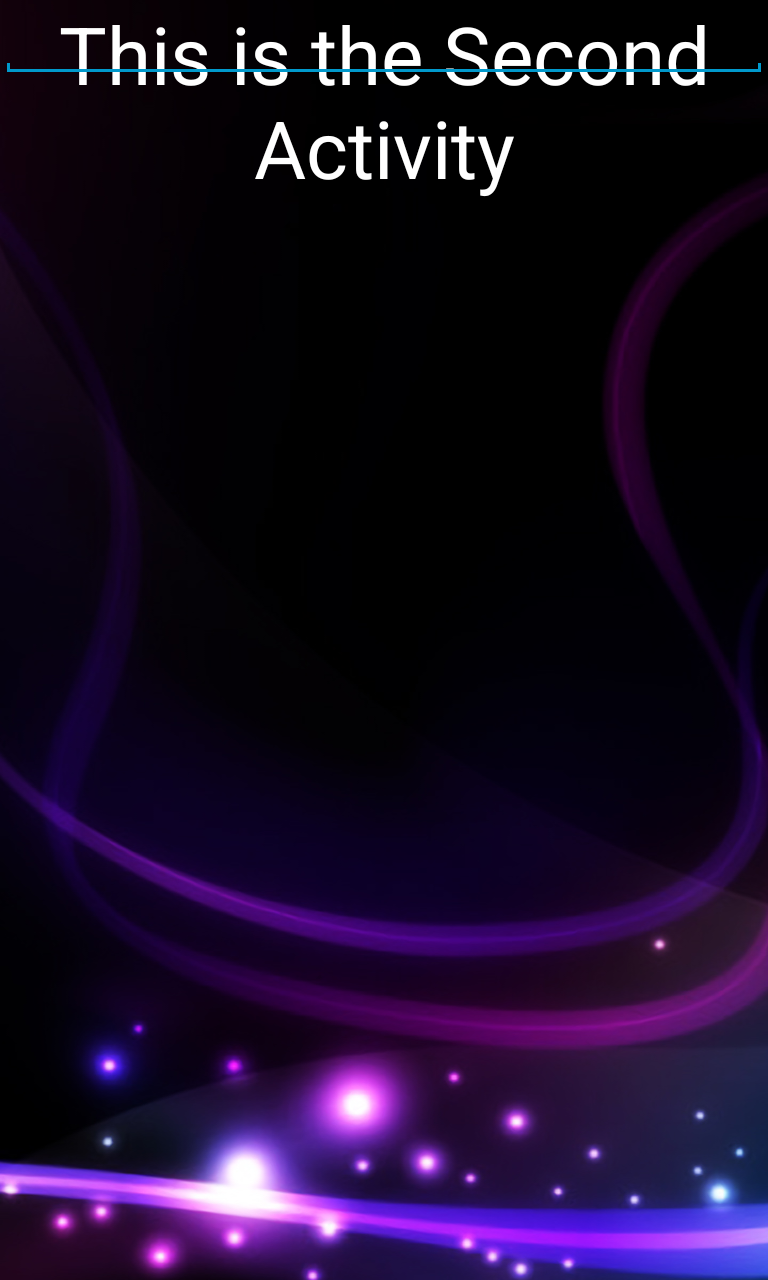
Repository: fsoDannis/workspace
Layout: findIt_3/res/layout/second.xml
These files come from the project's save history. The layout is drawn as it stood at one moment and after the next save; the edit follows.
It is drawn on a 768 x 1280 px phone screen (xhdpi) without system bars, with theme AppTheme; the app's code is not run.

Above is the layout before, as saved 2013-02-01 03:24:32.

### findIt_3/res/layout/second.xml
<?xml version="1.0" encoding="utf-8"?>
<RelativeLayout xmlns:android="http://schemas.android.com/apk/res/android"
    android:layout_width="match_parent"
    android:layout_height="match_parent"
    android:orientation="vertical"
    android:background="@drawable/background2">

    <TextView
        android:id="@+id/textView1"
        android:layout_width="fill_parent"
        android:layout_height="wrap_content"
        android:gravity="center_vertical|center_horizontal"
        android:text="This is the Second Activity"
        android:textSize="40sp"
        android:textColor="#FFFFFF"/>

    <EditText
        android:id="@+id/editText1"
        android:layout_width="match_parent"
        android:layout_height="wrap_content"
        android:ems="10" >

        <requestFocus />
    </EditText>

</RelativeLayout>

Loaded but not shown: findIt_3/res/values/styles.xml (common file); findIt_3/res/values-v11/styles.xml (common file); findIt_3/res/values-v14/styles.xml (common file)

After the next save:
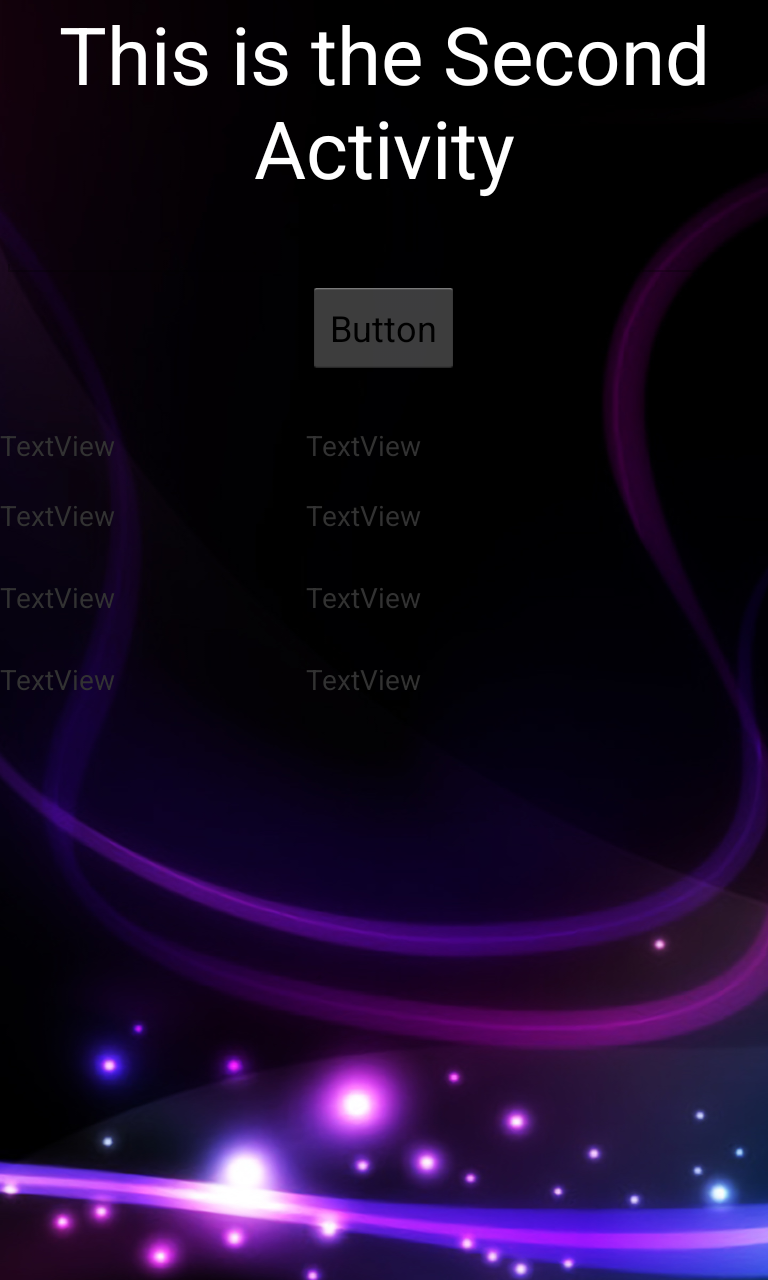
Saved 4 min 12 s later.
--- a/findIt_3/res/layout/second.xml
+++ b/findIt_3/res/layout/second.xml
@@ -2,8 +2,8 @@
 <RelativeLayout xmlns:android="http://schemas.android.com/apk/res/android"
     android:layout_width="match_parent"
     android:layout_height="match_parent"
-    android:orientation="vertical"
-    android:background="@drawable/background2">
+    android:background="@drawable/background2"
+    android:orientation="vertical" >
 
     <TextView
         android:id="@+id/textView1"
@@ -11,16 +11,100 @@
         android:layout_height="wrap_content"
         android:gravity="center_vertical|center_horizontal"
         android:text="This is the Second Activity"
-        android:textSize="40sp"
-        android:textColor="#FFFFFF"/>
+        android:textColor="#FFFFFF"
+        android:textSize="40sp" />
 
     <EditText
         android:id="@+id/editText1"
         android:layout_width="match_parent"
         android:layout_height="wrap_content"
-        android:ems="10" >
+        android:layout_alignParentLeft="true"
+        android:layout_below="@+id/textView1"
+        android:ems="10" />
 
-        <requestFocus />
-    </EditText>
+    <Button
+        android:id="@+id/button1"
+        android:layout_width="wrap_content"
+        android:layout_height="wrap_content"
+        android:layout_below="@+id/editText1"
+        android:layout_centerHorizontal="true"
+        android:text="Button" />
+
+    <TextView
+        android:id="@+id/textView2"
+        android:layout_width="wrap_content"
+        android:layout_height="wrap_content"
+        android:layout_alignParentLeft="true"
+        android:layout_below="@+id/button1"
+        android:layout_marginTop="25dp"
+        android:layout_toLeftOf="@+id/button1"
+        android:text="TextView" />
+
+    <TextView
+        android:id="@+id/textView3"
+        android:layout_width="wrap_content"
+        android:layout_height="wrap_content"
+        android:layout_alignBaseline="@+id/textView2"
+        android:layout_alignBottom="@+id/textView2"
+        android:layout_alignLeft="@+id/button1"
+        android:layout_alignParentRight="true"
+        android:text="TextView" />
+
+    <TextView
+        android:id="@+id/textView4"
+        android:layout_width="wrap_content"
+        android:layout_height="wrap_content"
+        android:layout_alignParentLeft="true"
+        android:layout_below="@+id/textView2"
+        android:layout_marginTop="16dp"
+        android:layout_toLeftOf="@+id/textView3"
+        android:text="TextView" />
+
+    <TextView
+        android:id="@+id/textView5"
+        android:layout_width="wrap_content"
+        android:layout_height="wrap_content"
+        android:layout_alignBottom="@+id/textView4"
+        android:layout_alignParentRight="true"
+        android:layout_toRightOf="@+id/textView4"
+        android:text="TextView" />
+
+    <TextView
+        android:id="@+id/textView6"
+        android:layout_width="wrap_content"
+        android:layout_height="wrap_content"
+        android:layout_alignParentLeft="true"
+        android:layout_alignRight="@+id/textView4"
+        android:layout_below="@+id/textView4"
+        android:layout_marginTop="22dp"
+        android:text="TextView" />
+
+    <TextView
+        android:id="@+id/textView7"
+        android:layout_width="wrap_content"
+        android:layout_height="wrap_content"
+        android:layout_alignBottom="@+id/textView6"
+        android:layout_alignParentRight="true"
+        android:layout_toRightOf="@+id/textView6"
+        android:text="TextView" />
+
+    <TextView
+        android:id="@+id/textView8"
+        android:layout_width="wrap_content"
+        android:layout_height="wrap_content"
+        android:layout_alignParentLeft="true"
+        android:layout_below="@+id/textView6"
+        android:layout_marginTop="22dp"
+        android:layout_toLeftOf="@+id/textView7"
+        android:text="TextView" />
+
+    <TextView
+        android:id="@+id/textView9"
+        android:layout_width="wrap_content"
+        android:layout_height="wrap_content"
+        android:layout_alignBottom="@+id/textView8"
+        android:layout_alignParentRight="true"
+        android:layout_toRightOf="@+id/textView8"
+        android:text="TextView" />
 
 </RelativeLayout>
